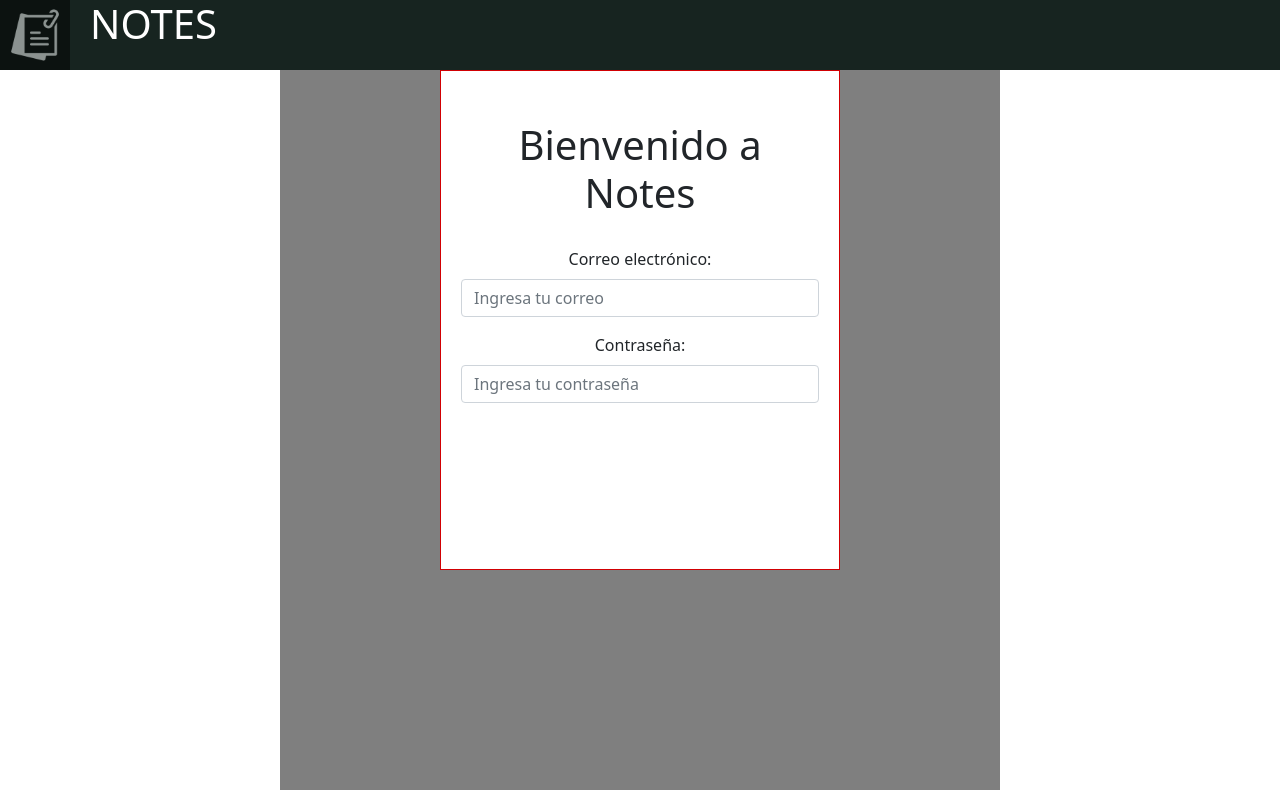
Repository: Daaira0811/TareaVue
Page: /
The author's editor kept a copy of each file at every save. The page is drawn from the files as they stood at one save, then again after the next save.
The browser window is 1280 px wide. The pictures show the whole page.
The project was rebuilt for these pictures with package versions that can differ from the ones it lists, and the page was loaded fresh each time. Also part of the build but not shown: vite.config.js.

Above is the page before, as saved 2022-06-19 20:53:29.

After the next save:
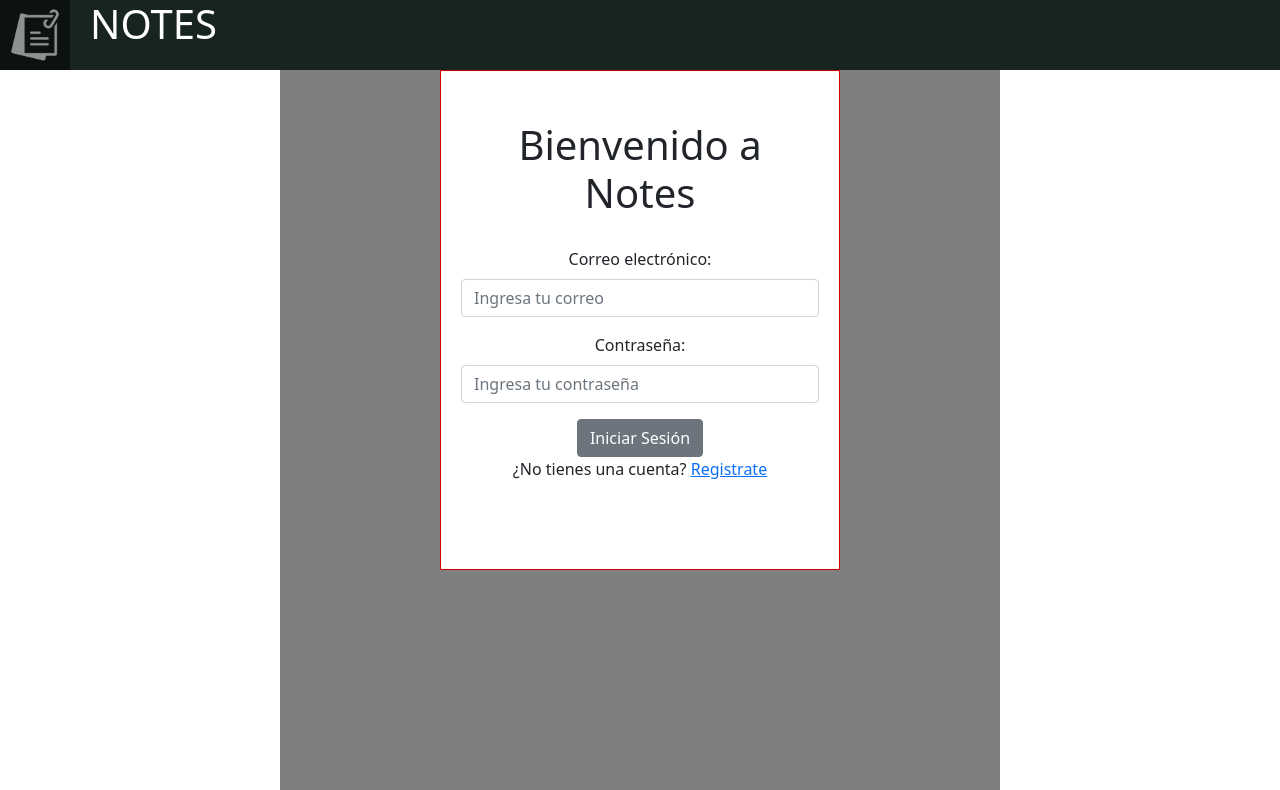
Saved 54 min 20 s later.
--- a/src/views/HomeView.vue
+++ b/src/views/HomeView.vue
@@ -27,6 +27,13 @@
         placeholder="Ingresa tu contraseña">
         </b-form-input>
         </b-form-group>
+        <b-button >
+          Iniciar Sesión
+        </b-button><br>
+        <p>
+          ¿No tienes una cuenta?
+          <a href="registro.vue">Registrate</a>
+        </p>
         </b-form>
       </v-card>
     </div>
@@ -89,5 +96,13 @@ h1{
 b-form-group > label{
 text-align: left;
 }
-
+p{
+  margin:15px;
+}
+a{
+  text-decoration-line: underline;
+}
+b-button{
+  margin:10px;
+}
 </style>
